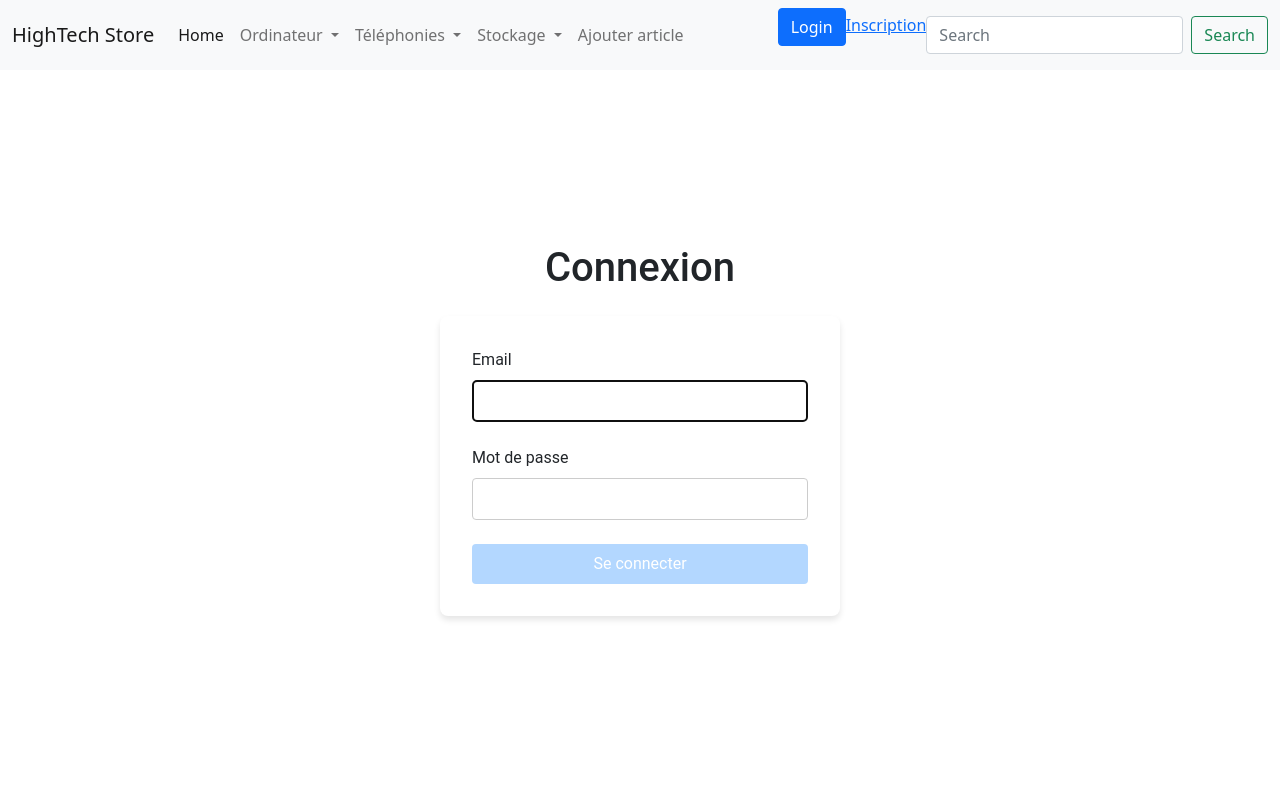
Repository: HaPhuong-krys/M1-angular
Page: /Connexion
The author's editor kept a copy of each file at every save. The page is drawn from the files as they stood at one save, then again after the next save.
The browser window is 1280 px wide. The pictures show the whole page.
The project was rebuilt for these pictures with package versions that can differ from the ones it lists, and the page was loaded fresh each time. Also part of the build but not shown: angular.json, src/app/home/home.component.ts, src/app/pc-bureau/pc-bureau.component.ts, src/app/pc-portable/pc-portable.component.ts, src/app/ajouter-article-form/ajouter-article-form.component.ts, src/app/Model/Articles.ts, src/app/accessoire-ordi/accessoire-ordi.component.ts, src/app/smart-phone/smart-phone.component.ts and 10 more.

Above is the page before, as saved 2023-04-23 01:13:18.

After the next save:
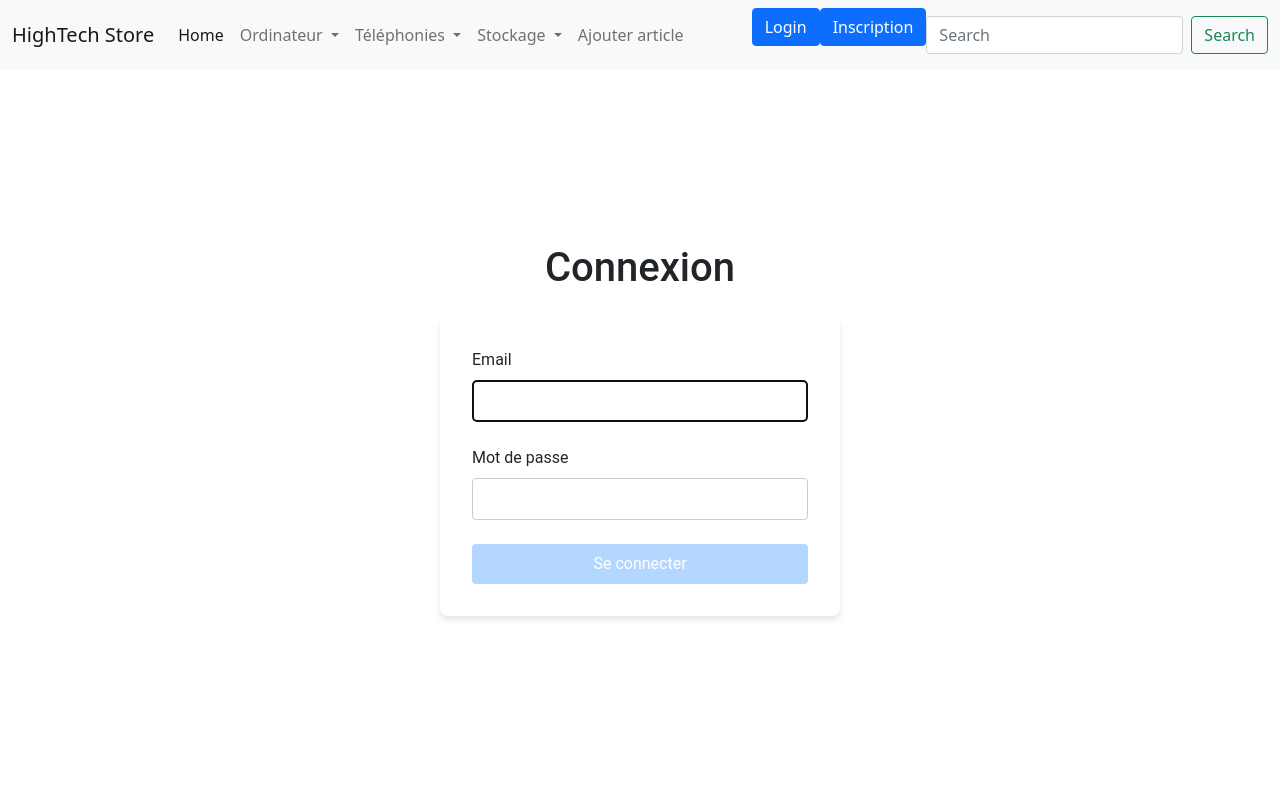
Saved 10 s later.
--- a/src/app/navbar/navbar.component.html
+++ b/src/app/navbar/navbar.component.html
@@ -57,7 +57,7 @@
           </ul>
           <ul *ngIf="!(isLoggedIn$ | async)">
             <a href="/Connexion" class="btn btn-primary" role="button">Login</a>
-            <a routerLink="/inscription">Inscription</a>
+            <a class="btn btn-primary" routerLink="/inscription">Inscription</a>
           </ul>
 
         </div>
